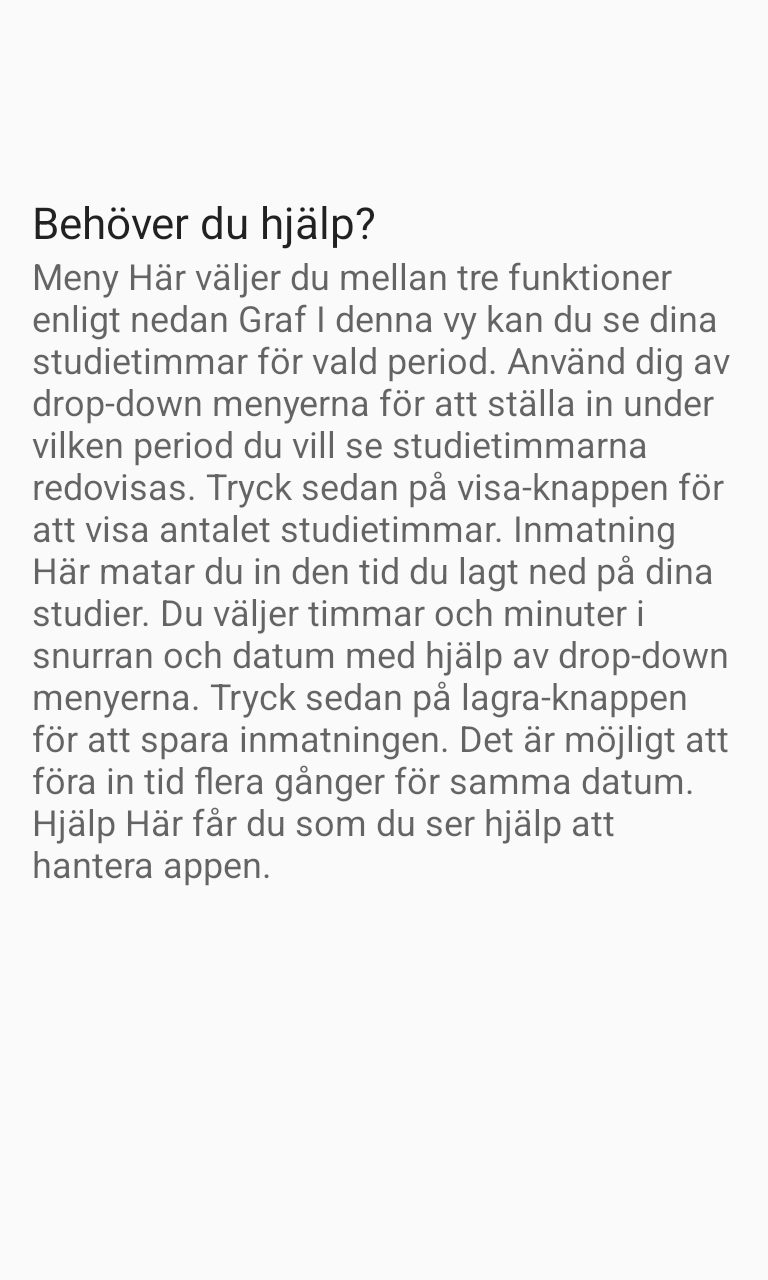
Repository: Dinova/Studiekoll
Layout: Studiekoll/Studiekoll/res/layout/fragment_help.xml
These files come from the project's save history. The layout is drawn as it stood at one moment and after the next save; the edit follows.
It is drawn on a 768 x 1280 px phone screen (xhdpi) without system bars, with theme AppTheme; the app's code is not run.

Above is the layout before, as saved 2014-05-16 09:31:17.

After the next save:
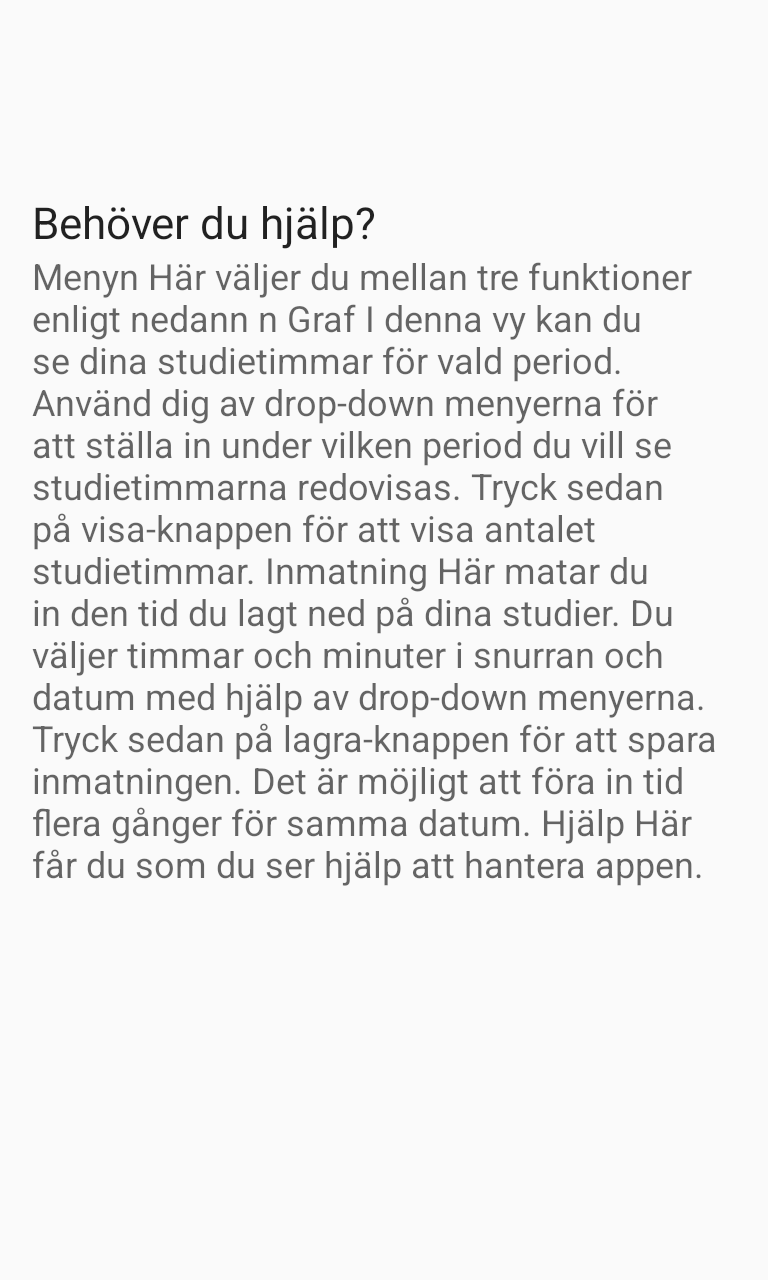
Saved 4 min 21 s later.
--- a/Studiekoll/Studiekoll/res/values/strings.xml
+++ b/Studiekoll/Studiekoll/res/values/strings.xml
@@ -9,9 +9,9 @@
     <string name="button_help">Hjälp</string>
     <string name="title_activity_help">Hjälp</string>
     <string name="help_text">
-        Meny
-        Här väljer du mellan tre funktioner enligt nedan
-
+        Menyn
+        Här väljer du mellan tre funktioner enligt nedann
+        n
         Graf
         I denna vy kan du se dina studietimmar för vald period.
         Använd dig av drop-down menyerna för att ställa in under
